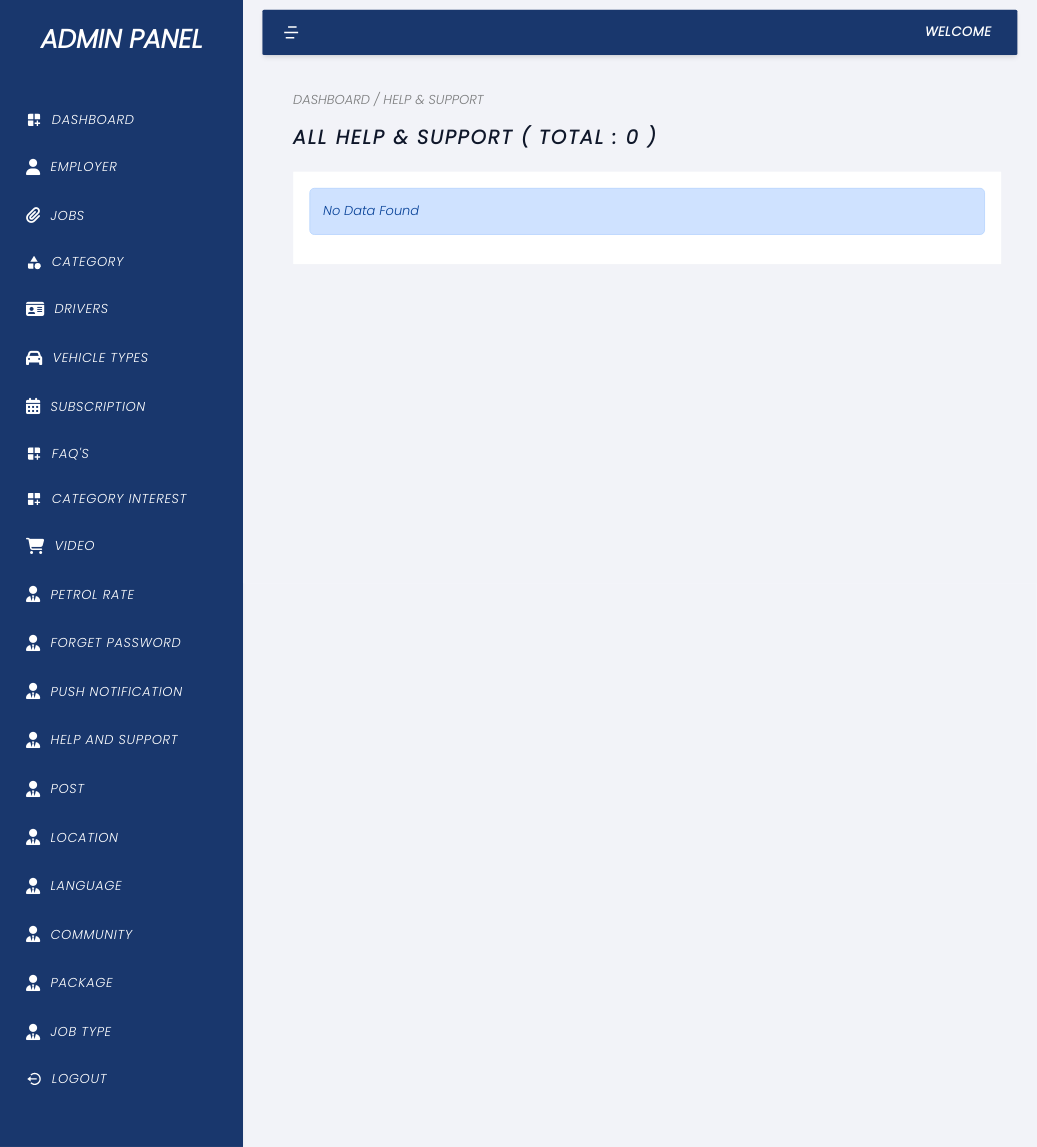
Repository: FlyweisReact/Grish-Job-Panel
Page: /help_support
These files come from the project's save history. The page is drawn as it stood at one moment and after a run of saves; the edit follows.
The browser window is 1280 px wide. The pictures show the whole page, at 81% of full size.
The page's requests for data from a server got no answer. Some web libraries are served in a nearby version. The project was rebuilt for these pictures with package versions that can differ from the ones it lists, and the page was loaded fresh each time. No one was signed in, and anything a server would have sent is missing. Also part of the build but not shown: src/E-CommerceAdmin/forms/Login.jsx, src/Repository/Employer.js, src/E-CommerceAdmin/pages/Dashboard.jsx, src/E-CommerceAdmin/pages/EAdminOrders.js, src/E-CommerceAdmin/pages/ESubCategory.js, src/E-CommerceAdmin/pages/PushNotification.js, src/E-CommerceAdmin/pages/Component/Filter.js, src/E-CommerceAdmin/pages/Component/Heading.js and 18 more.

Above is the page before, as saved 2023-07-03 15:17:27.

After the next 2 saves:
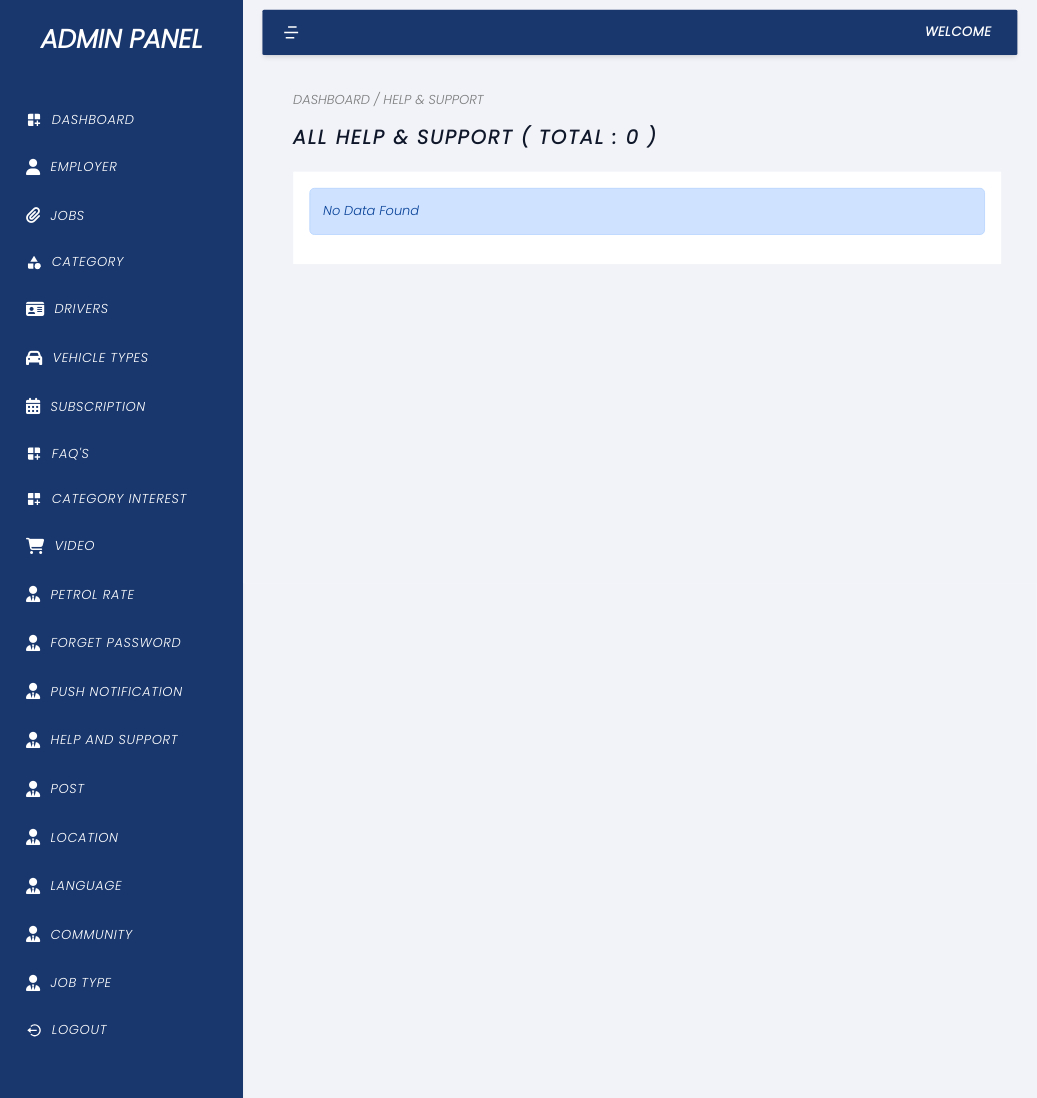
The 2 saves are shown as one change because they came seconds apart.
The last was saved 61 s later.
--- a/src/E-CommerceAdmin/layout/Sidebar.jsx
+++ b/src/E-CommerceAdmin/layout/Sidebar.jsx
@@ -115,11 +115,6 @@ const Sidebar = ({ hamb, setHamb }) => {
     },
     {
       icon: <i className="fa-solid fa-user-tie text-xl mr-3 rounded-full"></i>,
-      link: "/plan",
-      name: "Package",
-    },
-    {
-      icon: <i className="fa-solid fa-user-tie text-xl mr-3 rounded-full"></i>,
       link: "/job-type",
       name: "Job Type ",
     },
